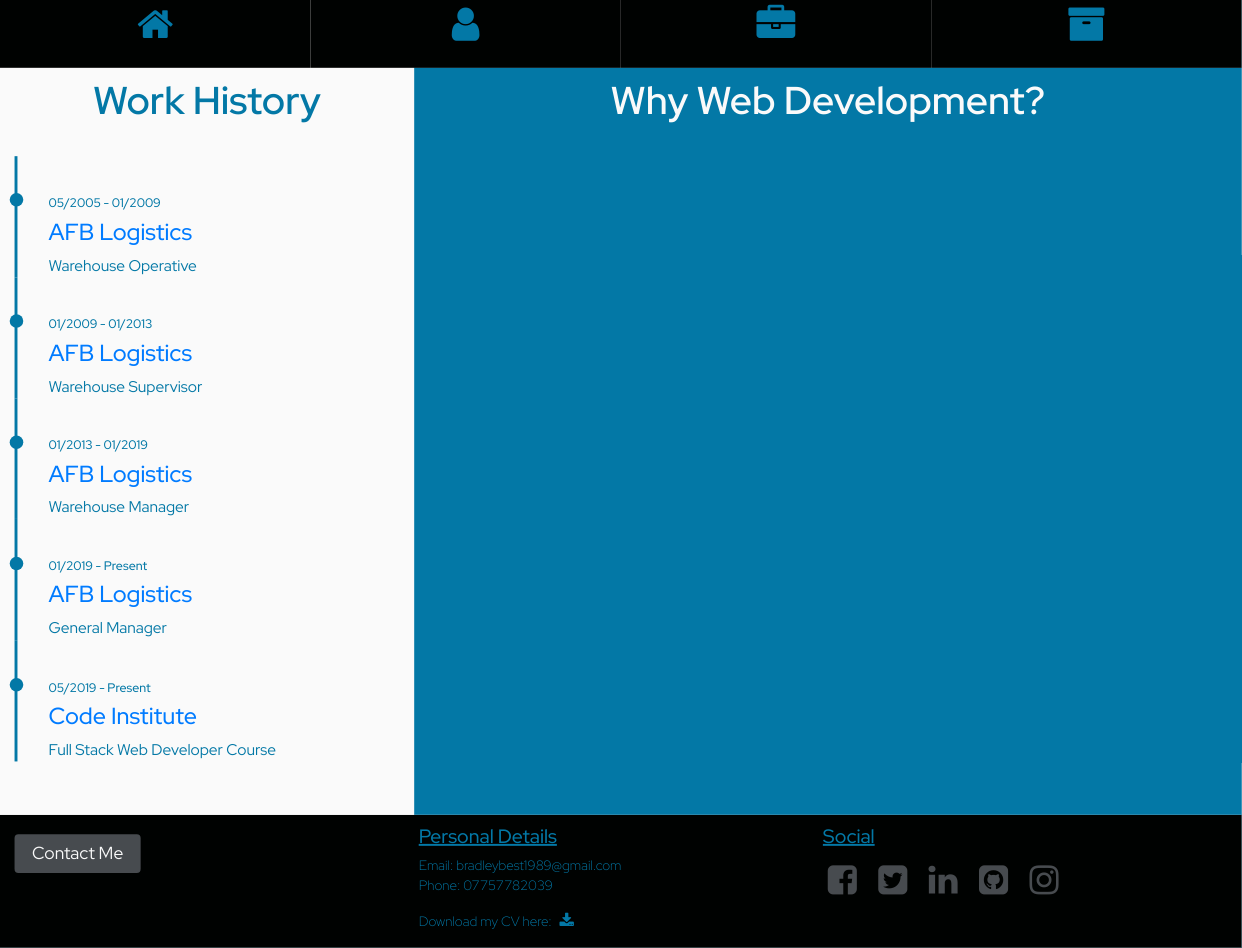
Repository: Brad000/Resume-project
Page: work-history.html
The author's editor kept a record of every edit. The page is drawn from the files as they stood at one moment, then again after the next edit.
The browser window is 1280 px wide. The pictures show the whole page, at 97% of full size.

Above is the page before.

### work-history.html
<!DOCTYPE html>
<html lang="en">

<head>
    <meta charset="UTF-8">
    <meta name="viewport" content="width=device-width, initial-scale=1.0">
    <meta http-equiv="X-UA-Compatible" content="ie=edge">
    <link rel="stylesheet" href="https://stackpath.bootstrapcdn.com/bootstrap/4.3.1/css/bootstrap.min.css" type="text/css" />
    <link rel="stylesheet" href="https://stackpath.bootstrapcdn.com/font-awesome/4.7.0/css/font-awesome.min.css" type="text/css" />
    <link rel="stylesheet" href="assets/css/style.css" type="text/css" />
    <link rel="stylesheet" href="https://cdnjs.cloudflare.com/ajax/libs/hover.css/2.3.1/css/hover-min.css" type="text/css" />
    <title>Bradley Best - Full Stack Web Developer</title>
</head>

<body>

    <!---------------------------NavBar------------------------------------>

    <header>
        <div class="row no-gutters">
            <div class="col-3 nav-item">
                <i class="fa fa-home"></i>
                <a id="nav-link" href="index.html">
                    <h5 id="nav-text">Home</h5>
                </a>
            </div>
            <div class="col-3 nav-item">
                <i class="fa fa-user"></i>
                <a id="nav-link" href="about-me.html">
                    <h5 id="nav-text">About Me</h5>
                </a>
            </div>
            <div class="col-3 nav-item">
                <i class="fa fa-briefcase"></i>
                <a id="nav-link" href="work-history.html">
                    <h5 id="nav-text">Work History</h5>
                </a>
            </div>
            <div class="col-3 nav-item">
                <i class="fa fa-archive"></i>
                <a id="nav-link" href="#">
                    <h5 id="nav-text">Portfolio</h5>
                </a>
            </div>
        </div>
    </header>

    <!----------------------------Work History----------------------------->
    <div class="row no-gutters">
        <div class="col-md-4 work-history-container">
            <h2 class="main-headings work-headings">Work History</h2>
            <div class="history-items">
                <div class="timeline-item" data-dates="05/2005 - 01/2009">
                    <a href="https://www.google.com/maps/place/AFB+Logistics+LTD./@53.5464526,-2.5892585,15z/data=!4m5!3m4!1s0x0:0x63afc0519c773d45!8m2!3d53.5464526!4d-2.5892585" target="_blank" id="work-link"><h4>AFB Logistics</h4></a>
                    <p>Warehouse Operative</p>
                </div>
                <div class="timeline-item" data-dates="01/2009 - 01/2013">
                    <a href="https://www.google.com/maps/place/AFB+Logistics+LTD./@53.5464526,-2.5892585,15z/data=!4m5!3m4!1s0x0:0x63afc0519c773d45!8m2!3d53.5464526!4d-2.5892585" target="_blank" id="work-link"><h4>AFB Logistics</h4></a>
                    <p>Warehouse Supervisor</p>
                </div>
                <div class="timeline-item" data-dates="01/2013 - 01/2019">
                    <a href="https://www.google.com/maps/place/AFB+Logistics+LTD./@53.5464526,-2.5892585,15z/data=!4m5!3m4!1s0x0:0x63afc0519c773d45!8m2!3d53.5464526!4d-2.5892585" target="_blank" id="work-link"><h4>AFB Logistics</h4></a>
                    <p>Warehouse Manager</p>
                </div>
                <div class="timeline-item" data-dates="01/2019 - Present">
                    <a href="https://www.google.com/maps/place/AFB+Logistics+LTD./@53.5464526,-2.5892585,15z/data=!4m5!3m4!1s0x0:0x63afc0519c773d45!8m2!3d53.5464526!4d-2.5892585" target="_blank" id="work-link"><h4>AFB Logistics</h4></a>
                    <p>General Manager</p>
                </div>
                <div class="timeline-item" data-dates="05/2019 - Present">
                    <a href="https://codeinstitute.net/" target="_blank" id="work-link"><h4>Code Institute</h4></a>
                    <p>Full Stack Web Developer Course</p>
                </div>
            </div>

        </div>

        <div class="col-md-8 why-web-container">
            <h2 class="main-headings why-headings">Why Web Development?</h2>

        </div>
    </div>




    <!---------------------------Footer------------------------------------>

    <footer class="container-fluid">
        <div class="row no-gutters" id="footer-details">
            <div class="col-sm-4">
                <button type="button" class="btn btn-secondary contact-button" data-toggle="modal" data-target="#exampleModal">Contact Me</button>
            </div>
            <div class="col-sm-4 footer-headings">
                <h5 class="sub-headings">Personal Details</h5>
                <div class="key">
                    <p class="personal-info-text">
                        Email: bradleybest1989@gmail.com
                    </p>
                </div>
                <div class="personal-info-text">
                    <p>
                        Phone: 07757782039
                    </p>
                </div>
                <div class="personal-info-text">
                    <p class="cv-text">Download my CV here:
                        <span><a href="assets/cv/CV.pdf" target="_blank" class="cv-pdf"></a>
                        <i class="fa fa-download cv-link" aria-hidden="true"></i>
                        </span>
                    </p>
                </div>
            </div>
            <div class="col-sm-4">
                <h5 class="footer-headings sub-headings">Social</h5>
                <ul class="list-inline">
                    <li class="list-inline-item social-links">
                        <a target="_blank" href="https://www.facebook.com/profile.php?id=100010751790168">
                            <i class="fa fa-facebook-square" aria-hidden="true"></i>
                            <span class="sr-only">Facebook</span>
                        </a>
                    </li>
                    <li class="list-inline-item social-links">
                        <a target="_blank" href="https://twitter.com/BradleyBest28">
                            <i class="fa fa-twitter-square" aria-hidden="true"></i>
                            <span class="sr-only">Twitter</span>
                        </a>
                    </li>
                    <li class="list-inline-item social-links">
                        <a target="_blank" href="https://www.linkedin.com/in/bradley-best-b56072188/">
                            <i class="fa fa-linkedin" aria-hidden="true"></i>
                            <span class="sr-only">Linkedin</span>
                        </a>
                    </li>
                    <li class="list-inline-item social-links">
                        <a target="_blank" href="https://github.com/Brad000/Resume-project">
                            <i class="fa fa-github-square" aria-hidden="true"></i>
                            <span class="sr-only">GitHub</span>
                        </a>
                    </li>
                    <li class="list-inline-item social-links">
                        <a target="_blank" href="https://www.instagram.com/brad_best0/?hl=en">
                            <i class="fa fa-instagram" aria-hidden="true"></i>
                            <span class="sr-only">Instagram</span>
                        </a>
                    </li>
                </ul>
            </div>
        </div>
    </footer>

</body>

</html>

### assets/css/style.css
@import url('https://fonts.googleapis.com/css?family=Red+Hat+Display:100,200,300,400,500,600,700');

/*-------------------Nav----------------------*/

.background {
  height: 100vh;
  width: 100%;
}

.nav-item {
  height: 70px;
  background-color: #000201;
  text-align: center;
  padding: 0;
}

.fa-home,
.fa-user,
.fa-archive,
.fa-briefcase {
  font-size: 25px;
  color: #0378A6;
  padding: 10px;
}

#nav-text {
  font-family: 'Red Hat Display', sans-serif;
  font-size: 12px;
  font-weight: 600;
  color: #0378A6;
  opacity: 1;
  cursor: pointer;
  text-decoration: none;
  transition: opacity 0.5s ease-in-out;
  -moz-transition: opacity 0.5s ease-in-out;
  -webkit-transition: opacity 0.5s ease-in-out;
  -o-transition: opacity 0.5s ease-in-out;
}

#nav-text:hover {
  opacity: 1;
}

#nav-link {
  text-decoration: none;
}

.landing-name {
  position: absolute;
  margin: 0;
  top: 40%;
  left: 50%;
  transform: translate(-50%, -50%);
  color: #fafafa;
  font-family: 'Red Hat Display', sans-serif;
  font-weight: 100;
  font-size: 26px;
}

.landing-text {
  position: absolute;
  top: 50%;
  left: 50%;
  transform: translate(-50%, -50%);
  color: #fafafa;
  font-family: 'Red Hat Display', sans-serif;
  font-weight: 400;
  font-size: 14px;
}


/*-------------------About Me-----------------*/

.about-me-container {
  background-color: #0378A6;
}

.about-me-text {
  padding-left: 15px;
  padding-right: 15px;
  font-family: 'Red Hat Display', sans-serif;
  color: #fafafa;
}

.main-headings {
  padding-top: 10px;
  padding-bottom: 25px;
  text-align: center;
  font-weight: 600;
  font-size: 40px;
}

.headings {
  padding-bottom: 10px;
  font-size: 25px;
  font-weight: 300;
}

.about-me-para {
  padding-bottom: 5px;
  font-size: 16px;
  line-height: 1.8em;
  font-weight: 100;
}

/*-------------------Skills-------------------*/

.skills-container {
  background-color: #fafafa
}

.skills-text {
  font-family: 'Red Hat Display', sans-serif;
  color: #0378a6;
  padding-left: 15px;
  padding-right: 15px;
}

.skills-heading {
  text-align: left;
  color: #0378a6;
  font-size: 25px;
  font-weight: 500;
  padding-top: 10px;
}

.fa-desktop,
.fa-cog,
.fa-book {
  padding-right: 10px;
  font-size: 28px;
}

.skills-para {
  padding-bottom: 30px;
  font-size: 16px;
  line-height: 1.8em;
  font-weight: 400;
}

@keyframes load{
  from {
    width: 0%
  }
}
@-webkit-keyframes load{
  from {
    width: 0%
  }
}
@-moz-keyframes load{
  from {
    width: 0%
  }
}
@-o-keyframes load{
  from {
    width: 0%
  }
}

.bar{
  background-color: #5f6366;
  padding: 0;
  border-radius: 5px;
  margin-bottom: 20px;
  font-size: 14px;
  color: #5f6366;
  font-weight: 300;
  font-family: 'Red Hat Display', sans-serif;
  text-shadow: 1px 1px 1px rgba(0,0,0,0.5);
  margin-left: 20px;
  margin-right: 20px;
}
.bar::before{
  content:  attr(data-skill);
  background-color: #04C4D9;
  display: inline-block;
  padding: 5px 0 5px 10px;
  border-radius: inherit;
  animation: load 2s 0s;
  -webkit-animation: load 2s 0s;
  -moz-animation: load 2s 0s;
  -o-animation: load 2s 0s;
}

.bar.front::before{
  background-color: #90ccf4;
}
.bar.back::before{
  background-color: #5da2d5;
}
.bar.learning::before{
  background-color: #f78888;
}

.bar.learning::before{
  width: calc(20% - 10px);
}
.bar.basic::before{
  width: calc(40% - 10px);
}
.bar.intermediate::before{
  width: calc(60% - 10px);
}
.bar.advanced::before{
  width: calc(70% - 10px);
}
.bar.expert::before{
  width: calc(90% - 10px);
}

/*---------------Work History------------------*/

.work-history-container {
  background-color: #fafafa
}

.work-headings {
  font-family: 'Red Hat Display', sans-serif;
  color: #0378a6;
  padding-left: 15px;
  padding-right: 15px;
}

.timeline-item {
    padding: 4em 2em 0em 2em;
    position: relative;
    color: #0378a6;
    border-left: 3px solid;
    margin-left: 15px;
    font-family: 'Red Hat Display', sans-serif;
}

.timeline-item p {
    padding: 0;
    margin: 0;
}

.timeline-item:before {
    content: attr(data-dates);
    position: absolute;
    left: 2.5em;
    top: 3em;
    display: block;
    font-family: 'Red Hat Display', sans-serif;
    font-weight: 500;
    font-size: 0.8em;
    padding: 0;
    margin: 0;
}

.timeline-item:after {
    width: 14px;
    height: 14px;
    display: block;
    top: 2.4em;
    position: absolute;
    left: -8px;
    border-radius: 12px;
    content: ' ';
    background: #0378a6;
}

.history-items {
    margin-bottom: 55px;
}













.why-web-container {
  background-color: #0378A6;
}

.why-headings {
  padding-left: 15px;
  padding-right: 15px;
  font-family: 'Red Hat Display', sans-serif;
  color: #fafafa;
}





/*-------------------Footer-------------------*/

footer {
  background-color: #000201;
  color: #0378A6;
  min-height: 130px;
  margin: 0;
  font-size: 18px;
  font-family: 'Red Hat Display', sans-serif;
  font-weight: 300;

}

.sub-headings {
  padding-top: 10px;
  text-decoration: underline;
}

.contact-button {
  width: 130px;
  border: 0;
  height: 40px;
  margin-left: 0;
  margin-top: 10px;
  margin-bottom: 10px;
  text-align: center;
  font-size: 18px;
  color: #fafafa;
  background: #474b4f;
  transition: background 0.5s ease-in-out;
  -moz-transition: background 0.5s ease-in-out;
  -webkit-transition: background 0.5s ease-in-out;
  -o-transition: background 0.5s ease-in-out;
}

.contact-button:hover {
  background-color: #04C4D9;
}

.personal-info-text {
  margin: 0;
  font-size: 14px;
  font-weight: 200;
}

.cv-link {
  margin-left: 5px;
  font-size: 16px;
  color: #0378A6;
  transition: color 0.5s ease-in-out;
  -moz-transition: color 0.5s ease-in-out;
  -webkit-transition: color 0.5s ease-in-out;
  -o-transition: color 0.5s ease-in-out;
}

.cv-link:hover {
  color: #025E73;
  cursor: pointer;
}

.social-links a {
  color: #474b4f;
  font-size: 35px;
  padding: 5px;
  transition: color 0.5s ease-in-out;
  -moz-transition: color 0.5s ease-in-out;
  -webkit-transition: color 0.5s ease-in-out;
  -o-transition: color 0.5s ease-in-out;
}

.social-links a:hover {
  color: #04C4D9;
}

/*----------------Media Queries---------------*/

@media(min-width: 575px) {
  .contact-button {
    margin-top: 20px;
  }
}

@media(min-width: 575px) {
  .fa-home,
  .fa-user,
  .fa-archive,
  .fa-briefcase {
    font-size: 40px;
    padding: 5px;
  }
}

@media(min-width: 575px) {
  #nav-text {
    opacity: 0;
    font-size: 14px;
  }
}

@media(min-width: 374px) {
  .landing-name {
    font-size: 33px;
  }
  .landing-text {
    font-size: 16px;
  }
}

@media(min-width: 767px) {
  .landing-name {
    font-size: 60px;
    padding-bottom: 15px;
  }
  .landing-text {
    font-size: 30px;
  }
}

@media(min-width: 1024px) {
  .landing-name {
    font-size: 80px;
  }
  .landing-text {
    font-size: 40px;
  }
}

After the next edit:
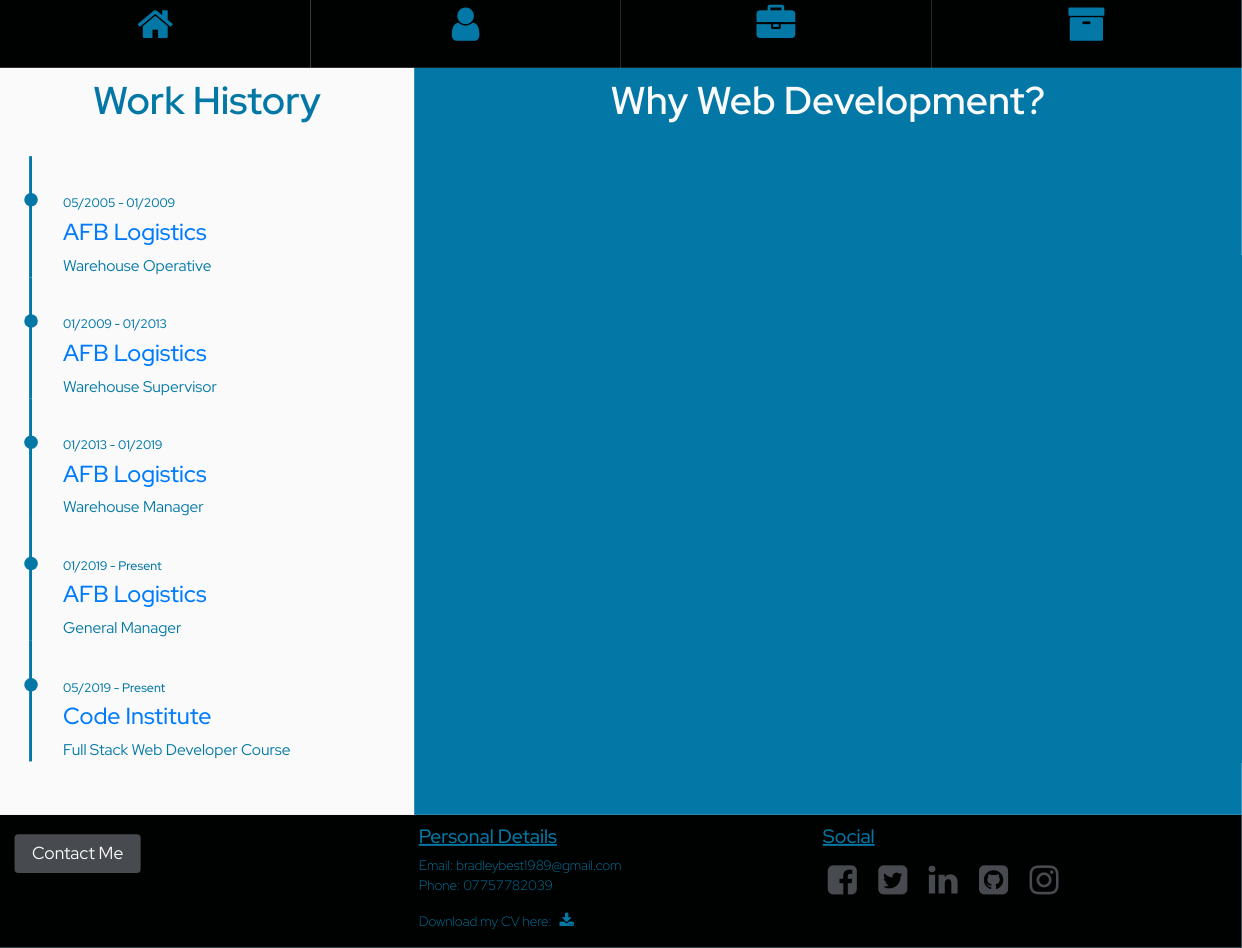
The edit:
--- a/assets/css/style.css
+++ b/assets/css/style.css
@@ -228,7 +228,7 @@
     position: relative;
     color: #0378a6;
     border-left: 3px solid;
-    margin-left: 15px;
+    margin-left: 30px;
     font-family: 'Red Hat Display', sans-serif;
 }
 
